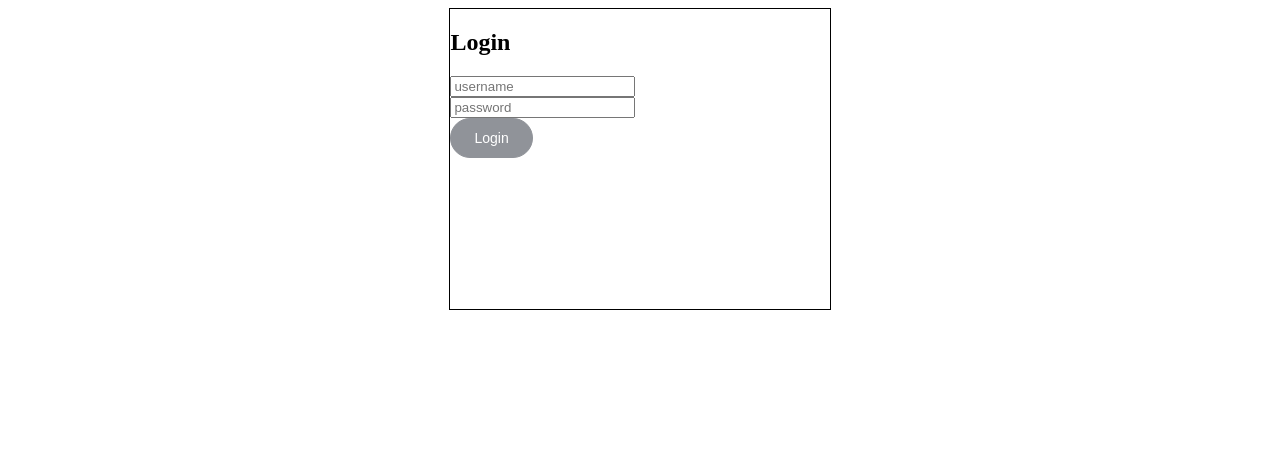
Repository: 951713487/net_shopping
Page: /
An editor plug-in stored every save of this project. The page is shown before and after the next save, followed by the edit.
The browser window is 1280 px wide. The pictures show the whole page.
The project was rebuilt for these pictures with package versions that can differ from the ones it lists, and the page was loaded fresh each time.

Above is the page before, as saved 2020-03-17 14:27:00.

### src/App.vue
<template>
  <div id="app">
  <router-view></router-view>
  </div>
</template>

<script>


export default {
  name: 'app'

}
</script>

<style>

</style>

### src/router/index.js
import Vue from 'vue'
import VueRouter from 'vue-router'
import Login from '../components/Login.vue'


Vue.use(VueRouter)



const router = new VueRouter({
  routes:[
    { path: '/' , redirect: '/login' },
    { path: '/login' , component: Login }
  ]
})

export default router

### src/plugins/element.js
import Vue from 'vue'
import { Button, Input } from 'element-ui'

Vue.use(Button)
Vue.use(Input)

### src/components/Login.vue
<template>
  <div id="login_box">
    <h2>Login</h2>
    <div>
      <input placeholder="username" prefix-icon="el-icon-search" v-model="input1" type="text" />
    </div>
    <div>
      <input placeholder="password" prefix-icon="el-icon-search" v-model="input2" type="password" />
    </div>
    <el-button type="info" round>Login</el-button>
  </div>
</template>

<script>
export default {};
</script>

<style lang="less" scoped>
#login_box {
    width:30%;
    height:300px;
    border:1px solid #000;
    margin: 0 auto;
}


</style>

Loaded but not shown: public/index.html (common file); src/main.js (common file)

After the next save:
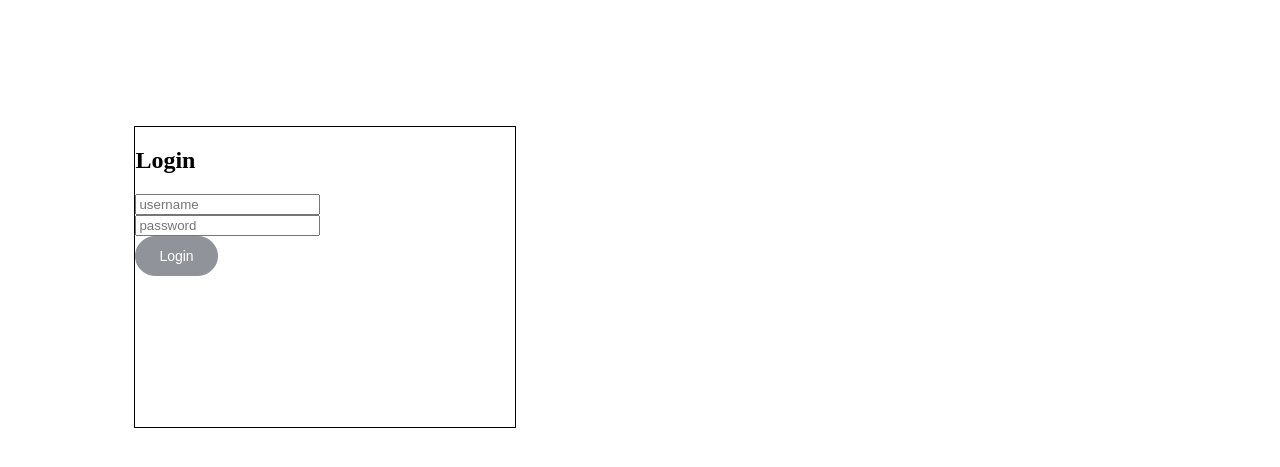
Saved 53 s later.
--- a/src/components/Login.vue
+++ b/src/components/Login.vue
@@ -21,6 +21,7 @@ export default {};
     height:300px;
     border:1px solid #000;
     margin: 0 auto;
+    margin: 10%;
 }
 
 
